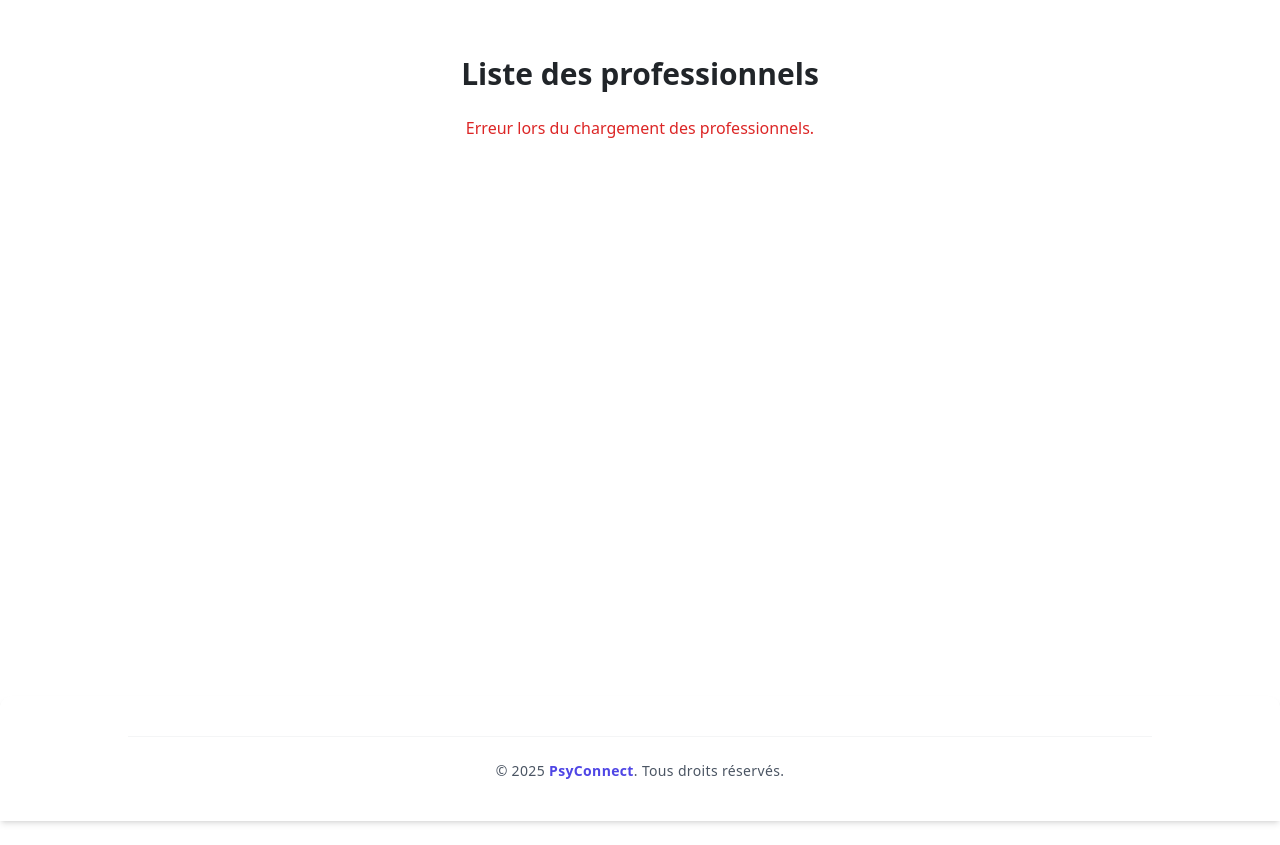
Repository: maguette26/projet
Page: /reservation
An editor plug-in stored every save of this project. The page is shown before and after the next save, followed by the edit.
The browser window is 1280 px wide. The pictures show the whole page.
The page's requests for data from a server got no answer. The project was rebuilt for these pictures with package versions that can differ from the ones it lists, and the page was loaded fresh each time. No one was signed in, and anything a server would have sent is missing. Also part of the build but not shown: vite.config.js, src/components/commun/Layout.jsx, src/pages/Inscription.jsx, src/pages/InscriptionUser.jsx, src/pages/InscriptionProfessionnel.jsx, src/pages/Connexion.jsx, src/pages/Ressources.jsx, src/services/serviceUtilisateur.js and 19 more.

Above is the page before, as saved 2025-06-17 20:32:22.

### index.html
<!doctype html>
<html lang="en">
  <head>
    <meta charset="UTF-8" />
    <link rel="icon" type="image/svg+xml" href="/vite.svg" />
    <meta name="viewport" content="width=device-width, initial-scale=1.0" />
    <title>PsyConnect</title>

        <link href="https://cdn.jsdelivr.net/npm/bootstrap@5.3.3/dist/css/bootstrap.min.css" rel="stylesheet" integrity="sha384-QWTKZyjpPEjISv5WaRU9OFeRpok6YctnYmDr5pNlyT2bRjXh0JMhjY6hW+ALEwIH" crossorigin="anonymous">

    <link href="https://fonts.googleapis.com/css2?family=Inter:wght@300;600&display=swap" rel="stylesheet">
    <link href="https://fonts.googleapis.com/css2?family=Inter:wght@300;500;600;700&display=swap" rel="stylesheet" />

  </head>
  <body>
    <div id="root"></div>
    <script type="module" src="/src/main.jsx"></script>
    <script src="https://cdn.jsdelivr.net/npm/bootstrap@5.3.3/dist/js/bootstrap.bundle.min.js" integrity="sha384-YvpcrYf0tY3lHB60NNkmXc5s9fDVZLESaAA55NDzOxhy9GkcIdslK1eN7N6jIeHz" crossorigin="anonymous"></script>
  </body>
</html>

### src/App.jsx
// src/App.js
import React from 'react';
import { BrowserRouter as Router, Routes, Route } from 'react-router-dom';
import Inscription from './pages/Inscription';
import InscriptionUser from './pages/InscriptionUser';
import InscriptionProfessionnel from './pages/InscriptionProfessionnel';
import Connexion from './pages/Connexion';
import Ressources from './pages/Ressources';
import Forum from './pages/Forum';
import TableauUtilisateur from './pages/TableauUtilisateur';
import TableauAdmin from './pages/TableauAdmin';
import TableauProfessionnel from './pages/TableauProfessionnel';
import Accueil from './pages/Accueil';
import AdminDashboard from './components/admin/AdminDashboard';
import DevenirPremium from './pages/DevenirPremium'; // <-- Importez la nouvelle page

import { RessourceProvider } from './pages/RessourceContext.jsx'; // Assurez-vous que le chemin et l'extension sont corrects
import APropos from './pages/APropos.jsx';
import ListeProfessionnels from './components/ListeProfessionnels.jsx';

function App() {
    return (
        <Router>

            <RessourceProvider>
                <Routes>
                    <Route path="/" element={<Accueil />} />
                    <Route path="/inscription" element={<Inscription />} />
                    <Route path="/inscription/utilisateur" element={<InscriptionUser />} />
                    <Route path="/inscription/professionnel" element={<InscriptionProfessionnel />} />
                    <Route path="/connexion" element={<Connexion />} />
                    <Route path="/ressources" element={<Ressources />} />
                    <Route path="/forum" element={<Forum />} />
                    <Route path="/devenir-premium" element={<DevenirPremium />} /> {/* <-- Nouvelle route */}

                    {/* Routes des tableaux de bord */}
                    <Route path="/tableauAdmin" element={<TableauAdmin />} />
                    {/*<Route path="/admin/dashboard" element={<AdminDashboard />} />*/}

                    <Route path="/tableauUtilisateur" element={<TableauUtilisateur />} />
                    <Route path="/tableauProfessionnel" element={<TableauProfessionnel />} />
                    {/* Ajoutez d'autres routes si nécessaire */}
                    <Route path="/apropos" element={<APropos />} />
                    <Route path="/reservation" element={<ListeProfessionnels/>} />
                </Routes>
            </RessourceProvider>
        </Router>
    );
}

export default App;

### src/index.css
@import url('https://fonts.googleapis.com/css2?family=Nunito:wght@400;600;700&display=swap');

@tailwind base;
@tailwind components;
@tailwind utilities;

/* Le reste de ton CSS */
body {
  font-family: 'Nunito', sans-serif;
   scroll-padding-top: 70px;
}
html {
  scroll-behavior: smooth;
}

/* Style global clair par défaut */
:root {
  font-family: system-ui, Avenir, Helvetica, Arial, sans-serif;
  line-height: 1.5;
  font-weight: 400;

  color: #111111;
  background-color: #ffffff;

  font-synthesis: none;
  text-rendering: optimizeLegibility;
  -webkit-font-smoothing: antialiased;
  -moz-osx-font-smoothing: grayscale;
}

a {
  font-weight: 500;
  color: #1a73e8;
  text-decoration: none;
}
a:hover {
  color: #1558b0;
  text-decoration: underline;
}

body {
  margin: 0;
  padding: 0;
  display: flex;
  flex-direction: column;
  min-width: 320px;
  min-height: 100vh;
  background-color: #ffffff;
  color: #111111;
}

h1 {
  font-size: 2.5rem;
  font-weight: 700;
  line-height: 1.2;
  margin-bottom: 1rem;
}

button {
  border-radius: 8px;
  border: 1px solid transparent;
  padding: 0.6em 1.2em;
  font-size: 1em;
  font-weight: 500;
  font-family: inherit;
  background-color: #1a73e8;
  color: #ffffff;
  cursor: pointer;
  transition: background-color 0.25s, border-color 0.25s;
}
button:hover {
  background-color: #1558b0;
}
button:focus,
button:focus-visible {
  outline: 4px auto -webkit-focus-ring-color;
}

### src/pages/RessourceContext.jsx
    // src/pages/RessourceContext.jsx
    import React, { createContext, useState, useContext, useMemo } from 'react';

    // 1. Crée le Contexte
    const RessourceContext = createContext();

    // 2. Crée un Hook personnalisé pour utiliser le Contexte plus facilement
    export const useRessource = () => {
      const context = useContext(RessourceContext);
      if (!context) {
        throw new Error('useRessource doit être utilisé à l\'intérieur d\'un RessourceProvider');
      }
      return context;
    };

    // 3. Crée le Fournisseur (Provider) du Contexte
    export const RessourceProvider = ({ children }) => {
      // État de la catégorie sélectionnée, 'all' par défaut
      const [selectedCategory, setSelectedCategory] = useState('all');

      // Ordre et titres affichables pour les catégories
      const categoriesOrder = useMemo(() => ([
        { key: 'all', title: 'Toutes les catégories' },
        { key: 'citation', title: 'Citations Inspirantes' },
        { key: 'article', title: 'Articles Éducatifs' },
        { key: 'guide_pratique', title: 'Guides Pratiques' },
        { key: 'journaling_prompt', title: 'Prompts de Journaling' },
        { key: 'exercice_texte', title: 'Exercices de Relaxation (texte)' },
        { key: 'video', title: 'Vidéos de Relaxation et Exercices' },
        { key: 'podcast', title: 'Podcasts Bien-être' },
        { key: 'outil', title: 'Outils Interactifs' },
        { key: 'challenge', title: 'Défis Bien-être' },
        { key: 'Autres', title: 'Autres' }
      ]), []);

      // Valeur fournie par le contexte
      const contextValue = useMemo(() => ({
        selectedCategory,
        setSelectedCategory,
        categoriesOrder
      }), [selectedCategory, categoriesOrder]);

      return (
        <RessourceContext.Provider value={contextValue}>
          {children}
        </RessourceContext.Provider>
      );
    };

### src/components/ListeProfessionnels.jsx
import React, { useEffect, useState } from 'react';
import axios from 'axios';
import { CalendarCheck, Clock } from 'lucide-react';
import { toast, ToastContainer } from 'react-toastify';
import { motion, AnimatePresence } from 'framer-motion';
import 'react-toastify/dist/ReactToastify.css';



import PiedPage from './commun/PiedPage';

const ListeProfessionnels = () => {
  const [professionnels, setProfessionnels] = useState([]);
  const [selectedPro, setSelectedPro] = useState(null);
  const [disponibilites, setDisponibilites] = useState([]);
  const [error, setError] = useState('');

  // Charger les professionnels
  useEffect(() => {
    const fetchProfessionnels = async () => {
      try {
        const response = await axios.get('/api/professionnels/tous', { withCredentials: true });
        setProfessionnels(response.data);
        setError('');
      } catch (err) {
        console.error(err);
        setError('Erreur lors du chargement des professionnels.');
      }
    };
    fetchProfessionnels();
  }, []);

  // Charger les disponibilités d’un pro
  const fetchDisponibilites = async (proId) => {
    try {
      const today = new Date().toISOString().split('T')[0];
      const response = await axios.get(`/api/disponibilites/filtrees/${proId}?date=${today}`, {
        withCredentials: true,
      });
      setDisponibilites(response.data);
    } catch (err) {
      toast.error("Erreur lors du chargement des disponibilités.");
    }
  };

  // Réserver
  const reserverDisponibilite = async (dispo) => {
    try {
      await axios.post('/api/reservations', dispo, { withCredentials: true });
      toast.success("Réservation effectuée !");
      fetchDisponibilites(dispo.professionnelId);
    } catch (err) {
      toast.error("Erreur lors de la réservation.");
    }
  };

  return (
    <>
      <hea/>
      <ToastContainer position="top-right" />
      <main className="max-w-5xl mx-auto px-4 py-8 min-h-[80vh]">
        <h2 className="text-3xl font-bold mb-4 text-center">Liste des professionnels</h2>

        {error && (
          <p className="text-red-600 text-center mb-6">
            {error}
          </p>
        )}

        <ul className="space-y-4">
          {professionnels.map((pro) => (
            <li key={pro.id} className="border p-4 rounded-md shadow-sm flex justify-between items-center">
              <div>
                <p className="text-xl font-semibold">{pro.prenom} {pro.nom}</p>
                <p className="text-gray-600">Spécialité : {pro.specialite}</p>
              </div>
              <button
                onClick={() => {
                  setSelectedPro(pro);
                  fetchDisponibilites(pro.id);
                }}
                className="px-4 py-2 bg-blue-600 text-white rounded-md transition-colors hover:bg-blue-700"
              >
                Voir Disponibilités
              </button>
            </li>
          ))}
        </ul>

        {selectedPro && (
          <div className="mt-10">
            <h3 className="text-2xl font-bold mb-4">
              Disponibilités pour {selectedPro.prenom} {selectedPro.nom}
            </h3>

            {disponibilites.length === 0 ? (
              <p className="text-gray-600">Aucune disponibilité trouvée pour aujourd'hui.</p>
            ) : (
              <ul className="space-y-4">
                <AnimatePresence>
                  {disponibilites.map((dispo) => (
                    <motion.li
                      key={dispo.id}
                      initial={{ opacity: 0, y: 10 }}
                      animate={{ opacity: 1, y: 0 }}
                      exit={{ opacity: 0, y: -10 }}
                      transition={{ duration: 0.3 }}
                      className="border p-4 rounded-md flex justify-between items-center shadow-sm"
                    >
                      <div>
                        <p className="font-medium">
                          <CalendarCheck size={16} className="inline-block mr-1" />
                          Date : {new Date(dispo.date).toLocaleDateString()}
                        </p>
                        <p>
                          <Clock size={16} className="inline-block mr-1" />
                          Début : {dispo.heureDebut?.substring(0, 5)} - Fin : {dispo.heureFin?.substring(0, 5)}
                        </p>
                      </div>
                      <button
                        onClick={() => reserverDisponibilite(dispo)}
                        className="px-4 py-2 bg-green-600 text-white rounded-md transition-colors hover:bg-green-700"
                      >
                        Réserver
                      </button>
                    </motion.li>
                  ))}
                </AnimatePresence>
              </ul>
            )}
          </div>
        )}
      </main>
      <PiedPage/>
    </>
  );
};

export default ListeProfessionnels;

### src/components/commun/Fonctionnalites.jsx
import React from 'react';
import { Stethoscope, BookOpen, Users } from 'lucide-react';
import { motion } from 'framer-motion';

const fonctionnalites = [
  {
    titre: 'Consulter un professionnel',
    description: 'Prenez rendez-vous avec un psychologue ou un psychiatre qualifié en toute confidentialité.',
    icon: <Stethoscope className="h-8 w-8 text-indigo-600" />,
  },
  {
    titre: 'Accéder à des ressources',
    description: 'Lisez des articles fiables, des conseils et des exercices pour prendre soin de votre santé mentale.',
    icon: <BookOpen className="h-8 w-8 text-indigo-600" />,
  },
  {
    titre: 'Partager dans la communauté',
    description: 'Exprimez-vous librement dans un espace bienveillant et anonyme grâce au forum public.',
    icon: <Users className="h-8 w-8 text-indigo-600" />,
  },
];

const Fonctionnalites = () => {
  return (
    <section className="mt-20 max-w-7xl mx-auto px-4 text-center">
      <motion.h2
        className="text-3xl font-bold text-gray-800 mb-12"
        initial={{ opacity: 0, y: 20 }}
        whileInView={{ opacity: 1, y: 0 }}
        transition={{ duration: 0.6 }}
        viewport={{ once: true }}
      >
        Nos fonctionnalités principales
      </motion.h2>

      <div className="grid md:grid-cols-3 gap-8">
        {fonctionnalites.map((fct, index) => (
          <motion.div
            key={index}
            className="bg-white p-6 rounded-xl shadow-md hover:shadow-xl transition"
            initial={{ opacity: 0, y: 30 }}
            whileInView={{ opacity: 1, y: 0 }}
            transition={{ delay: index * 0.2, duration: 0.6 }}
            viewport={{ once: true }}
            whileHover={{ scale: 1.05 }}
          >
            <div className="flex justify-center mb-4">{fct.icon}</div>
            <h3 className="text-xl font-semibold text-gray-700 mb-2">{fct.titre}</h3>
            <p className="text-gray-600 text-sm">{fct.description}</p>
          </motion.div>
        ))}
      </div>
    </section>
  );
};

export default Fonctionnalites;

### src/components/commun/PourquoiNous.jsx
import React from 'react';
import { ShieldCheck, Heart, Headphones } from 'lucide-react';
import { motion } from 'framer-motion';

const points = [
  {
    icon: <ShieldCheck className="h-10 w-10 text-indigo-600" />,
    titre: "Confidentialité garantie",
    texte: "Vos données et vos échanges sont strictement confidentiels, protégés et sécurisés.",
  },
  {
    icon: <Heart className="h-10 w-10 text-indigo-600" />,
    titre: "Approche humaine",
    texte: "Notre mission est de vous accompagner avec bienveillance et respect.",
  },
  {
    icon: <Headphones className="h-10 w-10 text-indigo-600" />,
    titre: "Support réactif",
    texte: "Une équipe disponible pour vous aider à chaque étape.",
  },
];

const PourquoiNous = () => {
  return (
    <section className="mt-20 max-w-6xl mx-auto px-4 text-center">
      <h2 className="text-3xl font-bold text-gray-800 mb-12">Pourquoi choisir PsyConnect ?</h2>
      <div className="grid md:grid-cols-3 gap-10">
        {points.map((point, index) => (
          <motion.div
            key={index}
            className="bg-white p-8 rounded-xl shadow-md"
            initial={{ opacity: 0, y: 40 }}
            whileInView={{ opacity: 1, y: 0 }}
            transition={{ duration: 0.6, delay: index * 0.2 }}
            viewport={{ once: true }}
            whileHover={{
              scale: 1.05,
              boxShadow: "0 12px 24px rgba(0, 0, 0, 0.1)",
            }}
          >
            <div className="mb-5 flex justify-center">{point.icon}</div>
            <h3 className="text-xl font-semibold text-gray-700 mb-3">{point.titre}</h3>
            <p className="text-sm text-gray-600 leading-relaxed">{point.texte}</p>
          </motion.div>
        ))}
      </div>
    </section>
  );
};

export default PourquoiNous;

### src/components/commun/PiedPage.jsx
const PiedPage = () => {
  return (
    <footer className="bg-white dark:bg-gray-900 shadow-md rounded-t-xl mt-24 py-6 px-4 max-w-full">
      <div className="max-w-5xl mx-auto text-center">
        <hr className="border-gray-300 dark:border-gray-700 mb-4" />
        <p className="text-gray-600 dark:text-gray-400 text-sm font-light tracking-wide">
          &copy; 2025 <span className="font-semibold text-indigo-600">PsyConnect</span>. Tous droits réservés.
        </p>
      </div>
    </footer>
  );
};

export default PiedPage;

### src/components/commun/header.jsx
import React, { useState, useEffect } from 'react';
import { Link, useNavigate } from 'react-router-dom';
import { logout } from '../../services/serviceAuth';
import {
  BookOpen,
  LogOut,
  User,
  HeartPulse,
  Crown,
  Home,
  Info,
  MessageCircle,
  CalendarCheck,
} from 'lucide-react';

const Header = () => {
  const navigate = useNavigate();
  const [currentRole, setCurrentRole] = useState(localStorage.getItem('role'));

  useEffect(() => {
    const handleStorageChange = () => {
      const updatedRole = localStorage.getItem('role');
      setCurrentRole(updatedRole);
      if (!updatedRole) navigate('/connexion');
    };
    window.addEventListener('storage', handleStorageChange);
    return () => window.removeEventListener('storage', handleStorageChange);
  }, [navigate]);

  const handleDeconnexion = async () => {
    try {
      await logout();
    } catch (error) {
      console.error("Erreur de déconnexion :", error);
    }
  };

  const isProfessional = (role) => ['PSYCHOLOGUE', 'PSYCHIATRE'].includes(role);
  const isPremiumUser = (role) => ['PREMIUM', 'ADMIN'].includes(role);

  const baseLinkClass =
    "flex items-center gap-1 text-indigo-600 hover:text-indigo-800 transition";

  const handleSelectChange = (e) => {
    const value = e.target.value;
    if (value === "connexion") navigate('/connexion');
    else if (value === "inscription") navigate('/inscription');
  };

  return (
    <>
      <header className="bg-white/90 backdrop-blur-md fixed top-0 w-full z-50 shadow-md h-[70px]">
        <div className="max-w-7xl mx-auto px-6 py-3 flex justify-between items-center h-full">
          {/* Logo */}
          <Link
            to="/"
            className="flex items-center gap-2 text-2xl font-extrabold font-sans text-indigo-600"
            style={{ textDecoration: 'none' }}
          >
            <HeartPulse className="w-7 h-7" />
            PsyConnect
          </Link>

          {/* Navigation */}
          <nav className="flex items-center gap-6 text-sm font-semibold">
            <Link to="/" className={baseLinkClass} style={{ textDecoration: 'none' }}>
              <Home className="w-4 h-4" /> Accueil
            </Link>
            <Link to="/apropos" className={baseLinkClass} style={{ textDecoration: 'none' }}>
              <Info className="w-4 h-4" /> À propos
            </Link>
            <Link to="/ressources" className={baseLinkClass} style={{ textDecoration: 'none' }}>
              <BookOpen className="w-4 h-4" /> Ressources
            </Link>
            <Link to="/forum" className={baseLinkClass} style={{ textDecoration: 'none' }}>
              <MessageCircle className="w-4 h-4" /> Forum
            </Link>

            {/* Espaces selon rôle */}
            {currentRole === "UTILISATEUR" && (
              <>
                <Link to="/tableauUtilisateur" className={baseLinkClass} style={{ textDecoration: 'none' }}>
                  <User className="w-4 h-4" /> Espace Utilisateur
                </Link>

                <Link to="/reservation" className={baseLinkClass} style={{ textDecoration: 'none' }}>
                  <CalendarCheck className="w-4 h-4" /> Nos Professionels
                </Link>

                {!isPremiumUser(currentRole) && (
                  <Link to="/devenir-premium" className={baseLinkClass} style={{ textDecoration: 'none' }}>
                    <Crown className="w-4 h-4 text-yellow-600" /> Premium
                  </Link>
                )}

                <button
                  onClick={handleDeconnexion}
                  className="flex items-center gap-1 text-red-500 hover:underline"
                >
                  <LogOut className="w-4 h-4" /> Déconnexion
                </button>
              </>
            )}

            {isProfessional(currentRole) && (
              <>
                <Link to="/tableauProfessionnel" className={baseLinkClass} style={{ textDecoration: 'none' }}>
                  <User className="w-4 h-4" /> Espace Pro
                </Link>

                {!isPremiumUser(currentRole) && (
                  <Link to="/devenir-premium" className={baseLinkClass} style={{ textDecoration: 'none' }}>
                    <Crown className="w-4 h-4 text-yellow-600" /> Premium
                  </Link>
                )}

                <button
                  onClick={handleDeconnexion}
                  className="flex items-center gap-1 text-red-500 hover:underline"
                >
                  <LogOut className="w-4 h-4" /> Déconnexion
                </button>
              </>
            )}

            {currentRole === "ADMIN" && (
              <>
                <Link to="/admin/dashboard" className={baseLinkClass} style={{ textDecoration: 'none' }}>
                  <User className="w-4 h-4" /> Admin
                </Link>
                <button
                  onClick={handleDeconnexion}
                  className="flex items-center gap-1 text-red-500 hover:underline"
                >
                  <LogOut className="w-4 h-4" /> Déconnexion
                </button>
              </>
            )}

            {/* Sélecteur Connexion/Inscription si non connecté */}
            {!currentRole && (
              <select
                onChange={handleSelectChange}
                defaultValue=""
                className="text-indigo-600 border border-indigo-600 rounded px-2 py-1 cursor-pointer bg-white"
                style={{ backgroundImage: "none" }}
              >
                <option value="" disabled>
                  👤
                </option>
                <option value="connexion">Connexion</option>
                <option value="inscription">Inscription</option>
              </select>
            )}
          </nav>
        </div>
      </header>

      {/* Pour compenser le header fixe */}
      <div className="pt-[70px]" />
    </>
  );
};

export default Header;

Loaded but not shown: src/main.jsx (common file); src/services/serviceAuth.js (61 lines, source omitted); src/services/api.js (29 lines, source omitted); tailwind.config.js (9 lines, source omitted); src/pages/TableauAdmin.jsx (223 lines, source omitted)

After the next save:
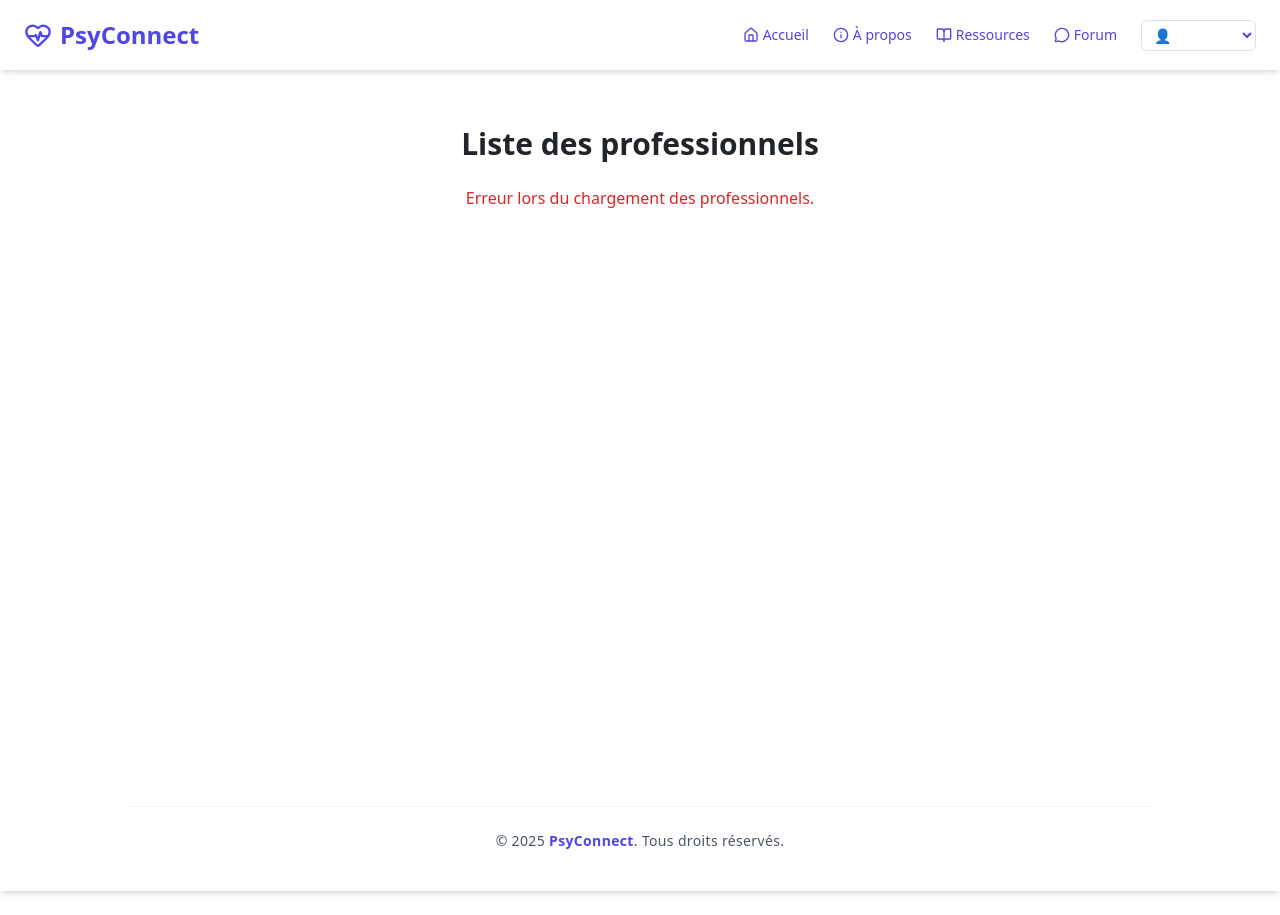
Saved 5 s later.
--- a/src/components/ListeProfessionnels.jsx
+++ b/src/components/ListeProfessionnels.jsx
@@ -8,6 +8,7 @@ import 'react-toastify/dist/ReactToastify.css';
 
 
 import PiedPage from './commun/PiedPage';
+import Header from './commun/header';
 
 const ListeProfessionnels = () => {
   const [professionnels, setProfessionnels] = useState([]);
@@ -56,7 +57,7 @@ const ListeProfessionnels = () => {
 
   return (
     <>
-      <hea/>
+      <Header/>
       <ToastContainer position="top-right" />
       <main className="max-w-5xl mx-auto px-4 py-8 min-h-[80vh]">
         <h2 className="text-3xl font-bold mb-4 text-center">Liste des professionnels</h2>
